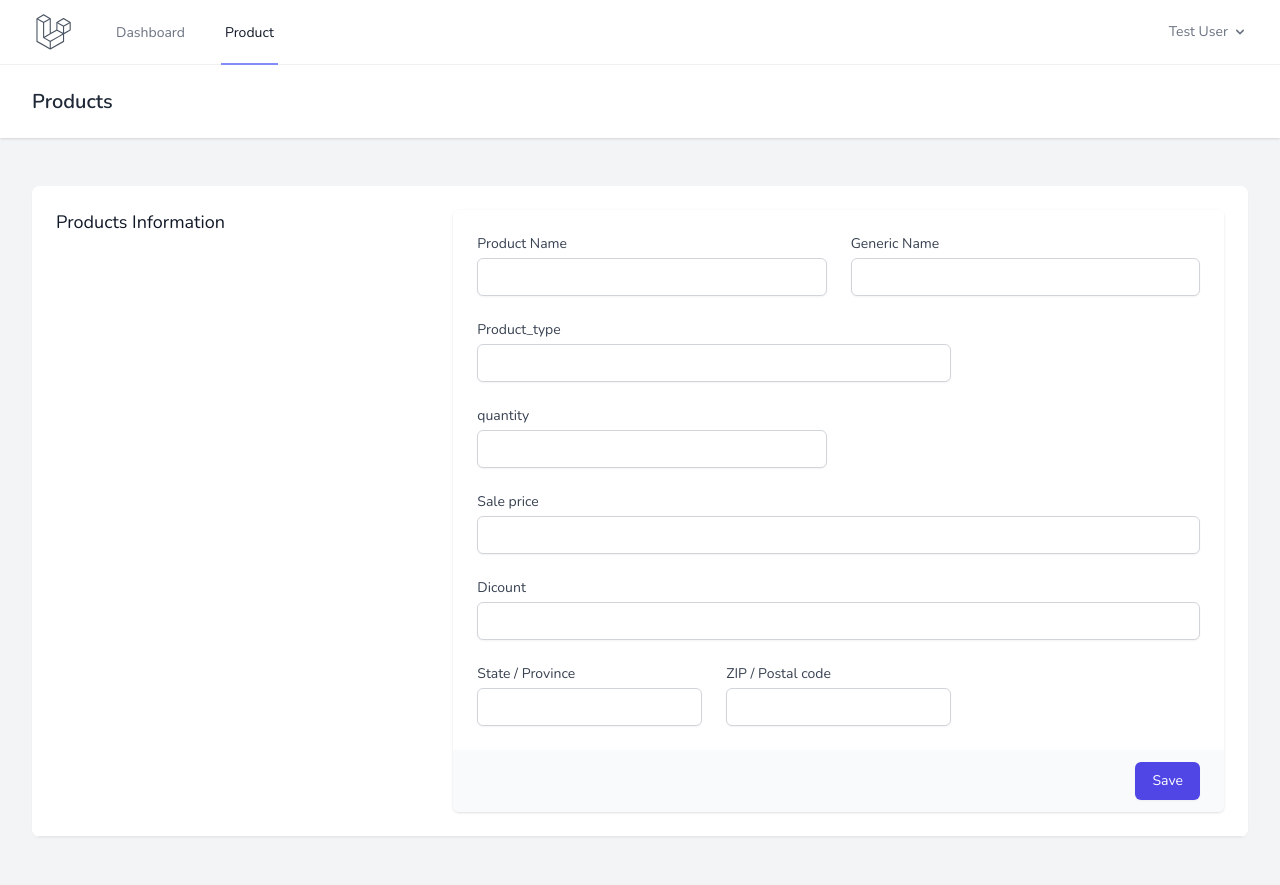
Repository: krishna-vm/them_set
Page: http://localhost/product
An editor plug-in stored every save of this project. The page is shown before and after a run of saves, followed by the edit.
The browser window is 1280 px wide. The pictures show the whole page.
The page is served by the project's Laravel application, run on PHP 8.4 with Laravel 8. A made-up administrator, Test User (test@example.com), is signed in. Style sheets and scripts are compiled from the project's sources, by tool versions that may differ from the author's.

Above is the page before, as saved 2022-09-08 14:43:13.

After the next 2 saves:
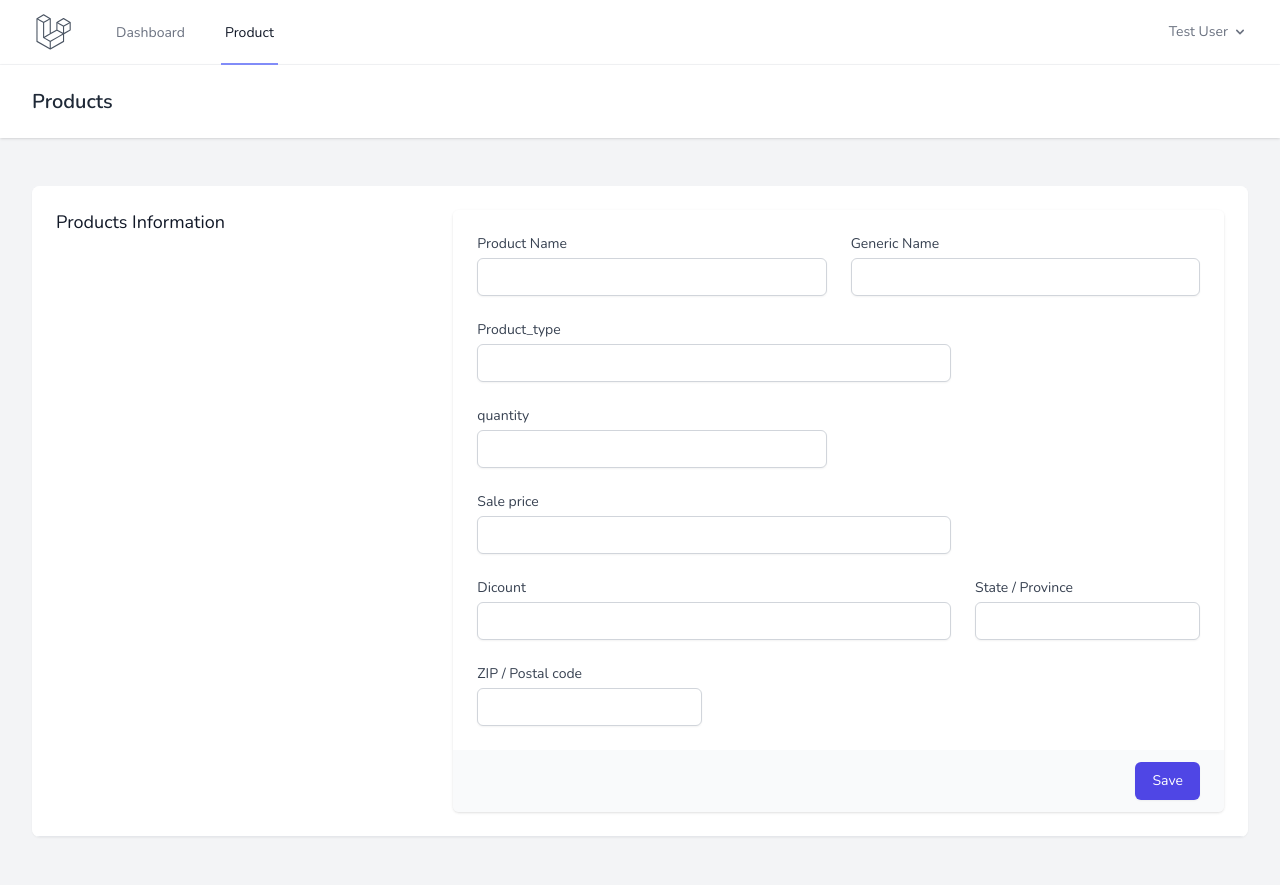
The 2 saves are shown as one change because they came seconds apart.
The last was saved 32 s later.
--- a/resources/views/product.blade.php
+++ b/resources/views/product.blade.php
@@ -44,12 +44,12 @@
                                                   <input type="number" name="quantity" id="quantity"  class="mt-1 block w-full rounded-md border-gray-300 shadow-sm focus:border-indigo-500 focus:ring-indigo-500 sm:text-sm">
                                                 </div>
 
-                                                <div class="col-span-6">
+                                                <div class="col-span-6 sm:col-span-4">
                                                   <label for="sale_price" class="block text-sm font-medium text-gray-700">Sale price</label>
                                                   <input type="text" name="sale_price" id="sale_price" class="mt-1 block w-full rounded-md border-gray-300 shadow-sm focus:border-indigo-500 focus:ring-indigo-500 sm:text-sm">
                                                 </div>
 
-                                                <div class="col-span-6 ">
+                                                <div class="col-span-6 sm:col-span-4">
                                                   <label for="dicount" class="block text-sm font-medium text-gray-700">Dicount</label>
                                                   <input type="text" name="dicount" id="dicount" autocomplete="address-level2" class="mt-1 block w-full rounded-md border-gray-300 shadow-sm focus:border-indigo-500 focus:ring-indigo-500 sm:text-sm">
                                                 </div>
